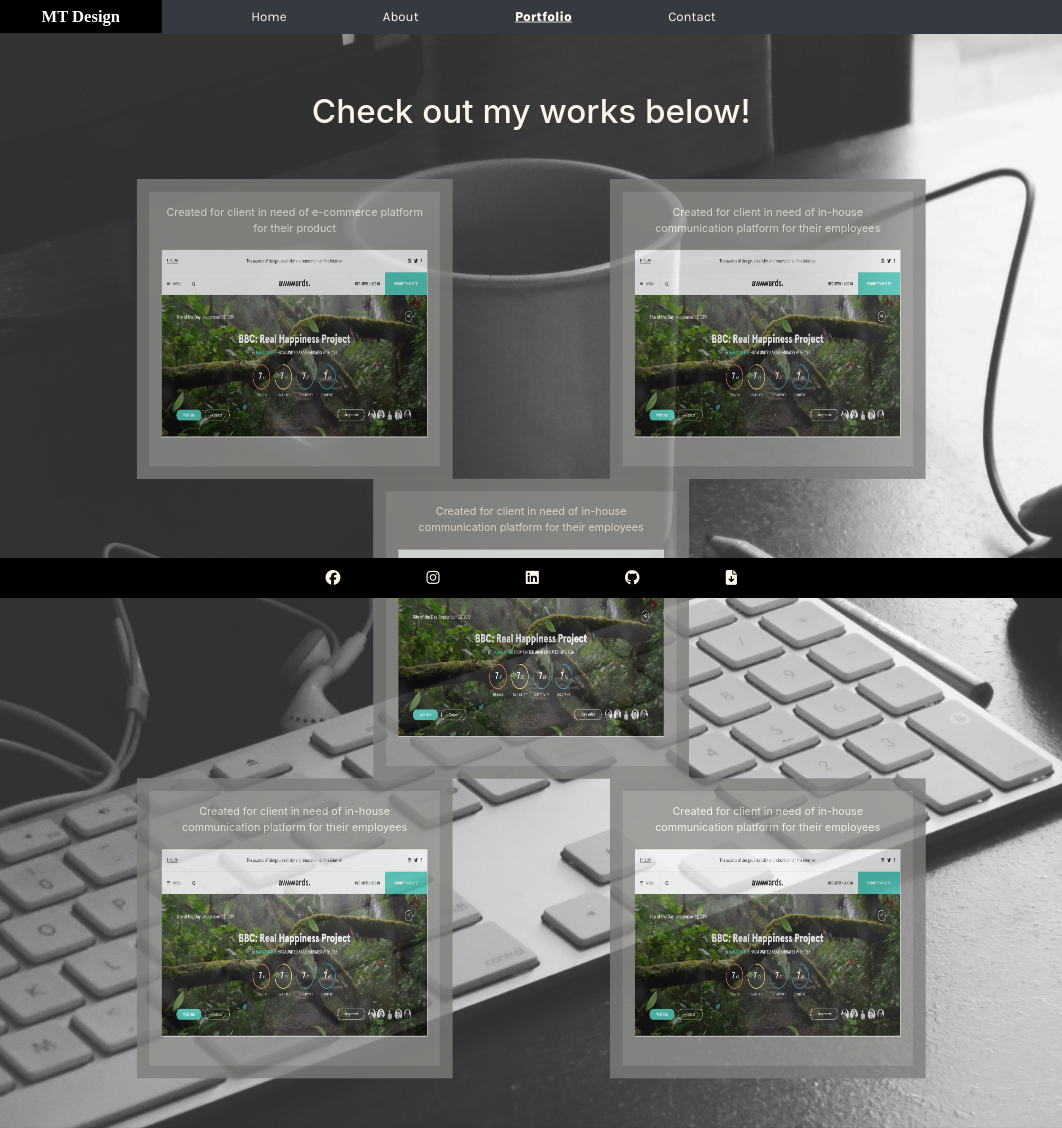
Repository: teppm/personal-portfolio
Page: portfolio.html
The author's editor kept a record of every edit. The page is drawn from the files as they stood at one moment, then again after the next edit.
The browser window is 1280 px wide. The pictures show the whole page, at 83% of full size.
Some web libraries are served in a nearby version.

Above is the page before.

After the next edit:
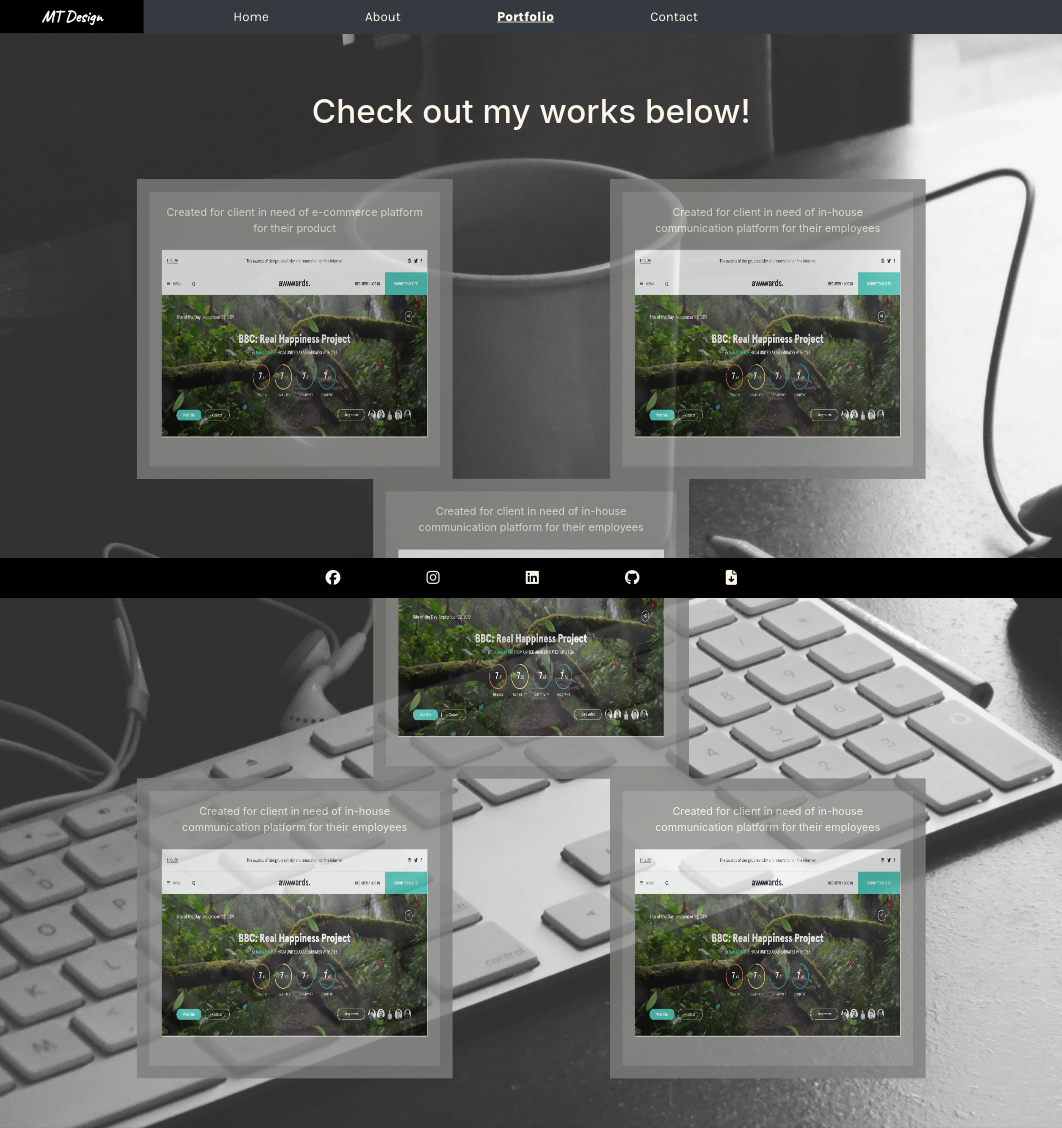
The edit:
--- a/portfolio.html
+++ b/portfolio.html
@@ -7,6 +7,7 @@
     <meta http-equiv="X-UA-Compatible" content="ie=edge">
     <link rel="stylesheet " href="https://stackpath.bootstrapcdn.com/bootstrap/4.3.1/css/bootstrap.min.css" integrity="sha384-ggOyR0iXCbMQv3Xipma34MD+dH/1fQ784/j6cY/iJTQUOhcWr7x9JvoRxT2MZw1T" crossorigin="anonymous">
     <link href="https://fonts.googleapis.com/css?family=Karla:200,200i,400,400i,700,700i,800,800i&display=swap" rel="stylesheet">
+    <link href="https://fonts.googleapis.com/css?family=Caveat&display=swap" rel="stylesheet">
     <link rel="stylesheet" href="assets/css/style.css" type="text/css" />
     <title>Madis Tepp</title>
 </head>
